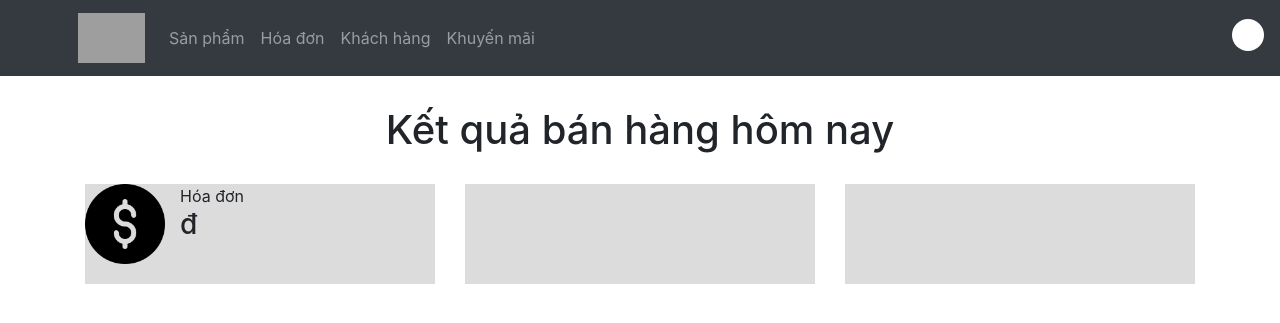
Repository: nksinh51018/THCS2
Page: http://localhost/WebBanGiay2/WEB-INF/views/AdminView.jsp
These files come from the project's save history. The page is drawn as it stood at one moment and after the next save; the edit follows.
The browser window is 1280 px wide. The pictures show the whole page.
The page is served by Tomcat 9. Nobody is signed in. Other server files are loaded and not shown. The template is opened directly, without the code that normally fills it, so the values that code supplies are empty.

Above is the page before, as saved 2020-06-04 18:30:22.

### WebBanGiay2/src/main/webapp/WEB-INF/views/AdminView.jsp
<%@ page language="java" contentType="text/html; charset=UTF-8"
	pageEncoding="UTF-8"%>
	<%@taglib uri="http://java.sun.com/jsp/jstl/core" prefix="c"%>
	<%@ taglib prefix = "fmt" uri = "http://java.sun.com/jsp/jstl/fmt" %>
<!DOCTYPE html>
<html>
<head>
<meta charset="UTF-8">
<title>Admin</title>

</head>
<body>
	<jsp:include page="DauTrangAdmin.jsp"/>
	<fmt:setLocale value="vi_VN"/>
	<div class="container">
		<h1 style="text-align: center;margin-top: 30px">Kết quả bán hàng hôm nay</h1>
		<div class="row" style="margin-top: 30px">

			<div class="col-md-4">

				<div style="background-color: #dcdcdc;height: 100px;margin: auto">
					<div class="row">
						<div class="col-md-3" style="padding-right: 0px">
							<img style="width: 100%;background-size: cover" src='<c:url value="/resources/image/money.png" />' />
						</div>

						<div class="col-md-9">
							<div >${doanhThuNgayDTO.getSoLuong() } Hóa đơn</div>
							<h3>${doanhThuNgayDTO.getTongTien() } đ</h3>
						</div>
					</div>
				</div>


			</div>

			<div class="col-md-4">

				<div style="background-color: #dcdcdc;padding: :10;height: 100px">

				</div>


			</div>

			<div class="col-md-4">

				<div style="background-color: #dcdcdc;padding: :10;height: 100px">

				</div>


			</div>

		</div>

	</div>
	<script type="text/javascript" src='<c:url value="/resources/js/DanhSachSanPhamAdmin.js" />'></script>
</body>
</html>

### WebBanGiay2/src/main/webapp/WEB-INF/views/DauTrangAdmin.jsp
<%@ page language="java" contentType="text/html; charset=UTF-8"
	pageEncoding="UTF-8"%>
	<%@taglib uri="http://java.sun.com/jsp/jstl/core" prefix="c"%>
	<%@ taglib prefix = "fmt" uri = "http://java.sun.com/jsp/jstl/fmt" %>
	<link rel="stylesheet"
	href="https://stackpath.bootstrapcdn.com/bootstrap/4.3.1/css/bootstrap.min.css"
	integrity="sha384-ggOyR0iXCbMQv3Xipma34MD+dH/1fQ784/j6cY/iJTQUOhcWr7x9JvoRxT2MZw1T"
	crossorigin="anonymous">
	<link rel="stylesheet" href='<c:url value="/resources/css/style.css" />'/>
<fmt:setLocale value="vi_VN"/>
<nav class="navbar navbar-expand-lg navbar-dark bg-dark">
		<a class="navbar-brand" href='<c:url value="/" />' style="margin-left: 5%"> <img
			src="http://localhost:8762/hinhAnh/image/logo.png"
			style="background-size: cover; height: 50px" />
		</a>
		<button class="navbar-toggler" type="button" data-toggle="collapse"
			data-target="#navbarSupportedContent"
			aria-controls="navbarSupportedContent" aria-expanded="false"
			aria-label="Toggle navigation">
			<span class="navbar-toggler-icon"></span>
		</button>

		<div class="collapse navbar-collapse" id="navbarSupportedContent">
			<ul class="navbar-nav mr-auto" >

					<li class="nav-item"><a class="nav-link" href='<c:url value="/admin/sanPham" />'>Sản phẩm</a></li>
					<li class="nav-item"><a class="nav-link" href='<c:url value="/admin/hoaDon" />'>Hóa đơn</a></li>
					<li class="nav-item"><a class="nav-link" href='<c:url value="/admin/khachHang" />'>Khách hàng</a></li>
					<li class="nav-item"><a class="nav-link" href='<c:url value="/admin/khuyenMai" />'>Khuyến mãi</a></li>
			</ul>
			<ul class="navbar-nav">

						<li class="nav-item active dropdown">
					        <a class="circle_avata nav-link dropdown" style="color:#343a40; text-transform: uppercase" href="#" id="navbarDropdown" role="button" data-toggle="dropdown" aria-haspopup="true" aria-expanded="false">
					        	 ${ten }
					        </a>
					      </li>
			</ul>
		</div>
	</nav>
	<script src="https://code.jquery.com/jquery-3.4.1.js"></script>
	<script
		src="https://cdnjs.cloudflare.com/ajax/libs/popper.js/1.14.7/umd/popper.min.js"
		integrity="sha384-UO2eT0CpHqdSJQ6hJty5KVphtPhzWj9WO1clHTMGa3JDZwrnQq4sF86dIHNDz0W1"
		crossorigin="anonymous"></script>
	<script
		src="https://stackpath.bootstrapcdn.com/bootstrap/4.3.1/js/bootstrap.min.js"
		integrity="sha384-JjSmVgyd0p3pXB1rRibZUAYoIIy6OrQ6VrjIEaFf/nJGzIxFDsf4x0xIM+B07jRM"
		crossorigin="anonymous"></script>

### WebBanGiay2/src/main/webapp/resources/css/style.css
@charset "ISO-8859-1";
a:hover {
	text-decoration: none;
}

.circle_avata{
	width: 32px;
	height: 32px;
	border-radius: 16px;
	background-color: #fff;
	text-align:center;
	padding: 5px !important;
	margin-top: 4px;
	margin-bottom: 10px;
}

.circle_so{
	width: 16px;
	height: 16px;
	border-radius: 8px;
	background-color: #fff;
	text-align:center;
	padding-bottom: 1px !important;
	font-size:10px; position: absolute;top: 10px !important;right: 0px!important;
}

### WebBanGiay2/src/main/webapp/resources/js/DanhSachSanPhamAdmin.js
function format(n) {
  return n.toFixed(0).replace(/./g, function(c, i, a) {
    return i > 0 && c !== "." && (a.length - i) % 3 === 0 ? "." + c : c;
  });
}
function getCookie(cname) {
	  var name = cname + "=";
	  var decodedCookie = decodeURIComponent(document.cookie);
	  var ca = decodedCookie.split(';');
	  for(var i = 0; i <ca.length; i++) {
	    var c = ca[i];
	    while (c.charAt(0) == ' ') {
	      c = c.substring(1);
	    }
	    if (c.indexOf(name) == 0) {
	      return c.substring(name.length, c.length);
	    }
	  }
	  return "";
	}

var a= 0;
var minGia = 0;
var maxGia = 0;
var idMau = 0;
var size = null;
var maMau = "";
var tenLoai = null;
var kt = false;

function findSanPham(a) {
	timKiemDTO = {};
	timKiemDTO["minGia"]=minGia;
	timKiemDTO["maxGia"]=maxGia;
	timKiemDTO["idMau"]=idMau;
	timKiemDTO["size"]=size;
	timKiemDTO["tenLoai"]=tenLoai;
	console.log(timKiemDTO);
	console.log(a);
	$.ajax({
		url:"http://localhost:8762/sanPham/admin/timKiem/"+a,
		headers: {
	        'Authorization': "Bearer "+getCookie("tokenJWT")
	    },
		contentType: 'application/json; charset=utf-8',
		dataType: 'json',
		type:"POST",
		data:
			JSON.stringify(timKiemDTO),
		success: function(value){
			console.log(value);
			$("#bang").empty();
			for (var j = 0; j < value.sanPhamDTOs.length; j++) {
				var i = value.sanPhamDTOs[j];
				$("#bang").append(
					'<tr class="hang" data-value="'+i.id+'">'
									+'<td>' + i.id +'</td>'
									+'<td>' +i.tenSanPham +'</td>'
									+'<td>' + i.giaTien +'</td>'
									+'<td>' + i.chatLieu +'</td>'
									+'<td>' + i.luotXem +'</td>'
									+'<td>' + i.khuyenMai +'</td>'
									+'<td>' + i.loaiSanPhamDTO.tenLoai +'</td>'
									+'<td>'
										+'<img '
											+'class="sanPham" '
											+'data="'+i.id+'" '
											+'src="http://localhost:8762/hinhAnh/image/'+ i.hinhAnhDTOs[0].url+'" '
											+'style="background-size: cover;width: 100px;" />'
									+'</td>'
								+'</tr>'
				);
			}
			if(value.check){
				$("#sau").show();
			}
			else{
				$("#sau").hide();
			}


		},


		error : function(e) {
	        console.log(e);
	      }
	});
}

function findSanPhamByTen(ten,a) {
	console.log(ten)
	$.ajax({
		url:"http://localhost:8762/sanPham/user/sanPham/timKiem/"+ten+"/"+a,
		headers: {
	        'Authorization': "Bearer "+getCookie("tokenJWT")
	    },
		contentType: 'application/json; charset=utf-8',
		dataType: 'json',
		type:"GET",
		success: function(value){
			console.log(value);
			$("#bang").empty();
			for (var j = 0; j < value.sanPhamDTOs.length; j++) {
				var i = value.sanPhamDTOs[j];
				$("#bang").append(
						'<tr class="hang" data-value="'+i.id+'">'
									+'<td>' + i.id +'</td>'
									+'<td>' +i.tenSanPham +'</td>'
									+'<td>' + i.giaTien +'</td>'
									+'<td>' + i.chatLieu +'</td>'
									+'<td>' + i.luotXem +'</td>'
									+'<td>' + i.khuyenMai +'</td>'
									+'<td>' + i.loaiSanPhamDTO.tenLoai +'</td>'
									+'<td>'
										+'<img '
											+'class="sanPham" '
											+'data="'+i.id+'" '
											+'src="http://localhost:8762/hinhAnh/image/'+ i.hinhAnhDTOs[0].url+'" '
											+'style="background-size: cover;width: 100px;" />'
									+'</td>'
								+'</tr>'
				);
			}
			if(value.check){
				$("#sau").show();
			}
			else{
				$("#sau").hide();
			}


		},


		error : function(e) {
	        console.log(e);
	      }
	});
}

$(document).ready(function(){
	//tenLoai = $("#tenLoai").text();
	$("#xemThem").click(function() {
		a++;
		if(kt){
			findSanPhamByTen($("#timKiem").val(),a)
		}
		else{
			findSanPham(a);
		}
		$('body,html').animate({
			scrollTop: 0
		})
	})

	$("#sau").click(function() {
		a++;
		if(kt){
			findSanPhamByTen($("#timKiem").val(),a)
		}
		else{
			findSanPham(a);
		}
		$('body,html').animate({
			scrollTop: 0
		})
		$("#truoc").show();
		$("#hienTai").text(a+1);
	})

	$("#truoc").click(function() {
		a--;
		if(kt){
			findSanPhamByTen($("#timKiem").val(),a)
		}
		else{
			findSanPham(a);
		}
		$('body,html').animate({
			scrollTop: 0
		})
		$("#sau").show();
		$("#hienTai").text(a+1);
		if(a==0){
			$(this).hide();
		}
	})



	$("body").on("click",".btnMau",function(){
		idMau = $(this).attr("data-value");
		maMau = $(this).attr("data-maMau");
		a=0;
		kt= false;
		$("#danhSachSanPham").empty();
		findSanPham(a);
		$('body,html').animate({
			scrollTop: 0
		})
		$("#sau").show();
		$("#hienTai").text(1);
		$("#truoc").hide();
	})

	$("body").on("click",".chkGia",function(){
		minGia = $(this).attr("data-min");
		maxGia = $(this).attr("data-max");
		a=0;
		kt= false;
		$("#danhSachSanPham").empty();
		findSanPham(a);
		$('body,html').animate({
			scrollTop: 0
		})
		$("#sau").show();
		$("#hienTai").text(1);
		$("#truoc").hide();
	})

	$("body").on("click",".btnSize",function(){
		size = $(this).attr("data-text");
		kt= false;
		a=0;
		$("#danhSachSanPham").empty();
		findSanPham(a);
		$('body,html').animate({
			scrollTop: 0
		})
		$("#sau").show();
		$("#hienTai").text(1);
		$("#truoc").hide();
	})

	$("body").on("click",".rdDanhMuc",function(){
		d = $(this).attr("data-value");
		if(d == 0 ){
			tenLoai = null;
		}
		else if(d == 1 ){
			tenLoai = "Nam";
		}
		else if(d == 2){
			tenLoai = "Nữ";
		}
		else if(d == 3){
			tenLoai = "Trẻ em";
		}
		kt= false;
		a=0;
		$("#danhSachSanPham").empty();
		findSanPham(a);
		$('body,html').animate({
			scrollTop: 0
		})
		$("#sau").show();
		$("#hienTai").text(1);
		$("#truoc").hide();
	})

	$("#lamMoi").click(function() {
		a= 0;
		minGia = 0;
		maxGia = 0;
		idMau = 0;
		size = null;
		maMau = "";
		tenLoai = null;
		kt=false;
		$("#all").prop("checked", true);
		console.log($("#all"))
		$("#timKiem").val("")
		findSanPham(a);
		$('body,html').animate({
			scrollTop: 0
		})
		$("#sau").show();
		$("#hienTai").text(1);
		$("#truoc").hide();
	})


	$("body").on("click",".hang",function(){
		window.location.href = "/WebBanGiay2/admin/chiTietSanPham/"+$(this).attr("data-value")
	})

	$("#timKiem").change(function() {
		a=0;
		kt=true;
		findSanPhamByTen($(this).val(),a);
		$('body,html').animate({
			scrollTop: 0
		})
		$("#sau").show();
		$("#hienTai").text(1);
		$("#truoc").hide();
	})
});

After the next save:
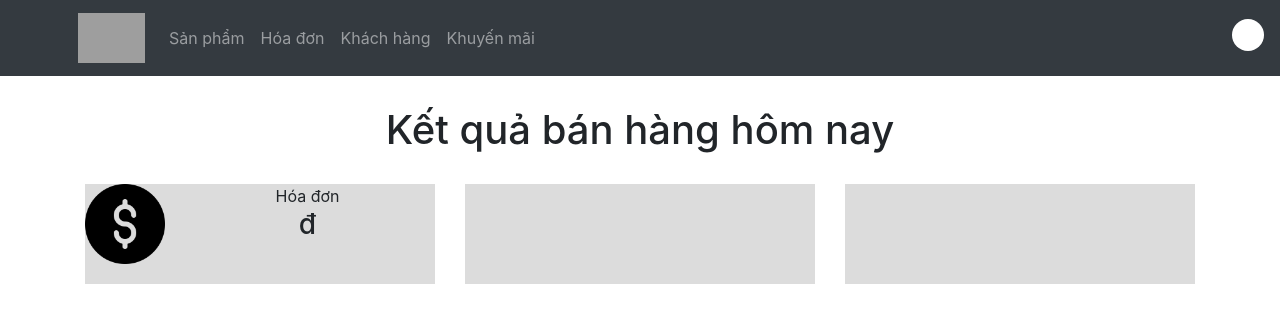
Saved 16 s later.
--- a/WebBanGiay2/src/main/webapp/WEB-INF/views/AdminView.jsp
+++ b/WebBanGiay2/src/main/webapp/WEB-INF/views/AdminView.jsp
@@ -18,7 +18,7 @@
 
 			<div class="col-md-4">
 
-				<div style="background-color: #dcdcdc;height: 100px;margin: auto">
+				<div style="background-color: #dcdcdc;height: 100px;margin: auto;text-align: center;">
 					<div class="row">
 						<div class="col-md-3" style="padding-right: 0px">
 							<img style="width: 100%;background-size: cover" src='<c:url value="/resources/image/money.png" />' />
